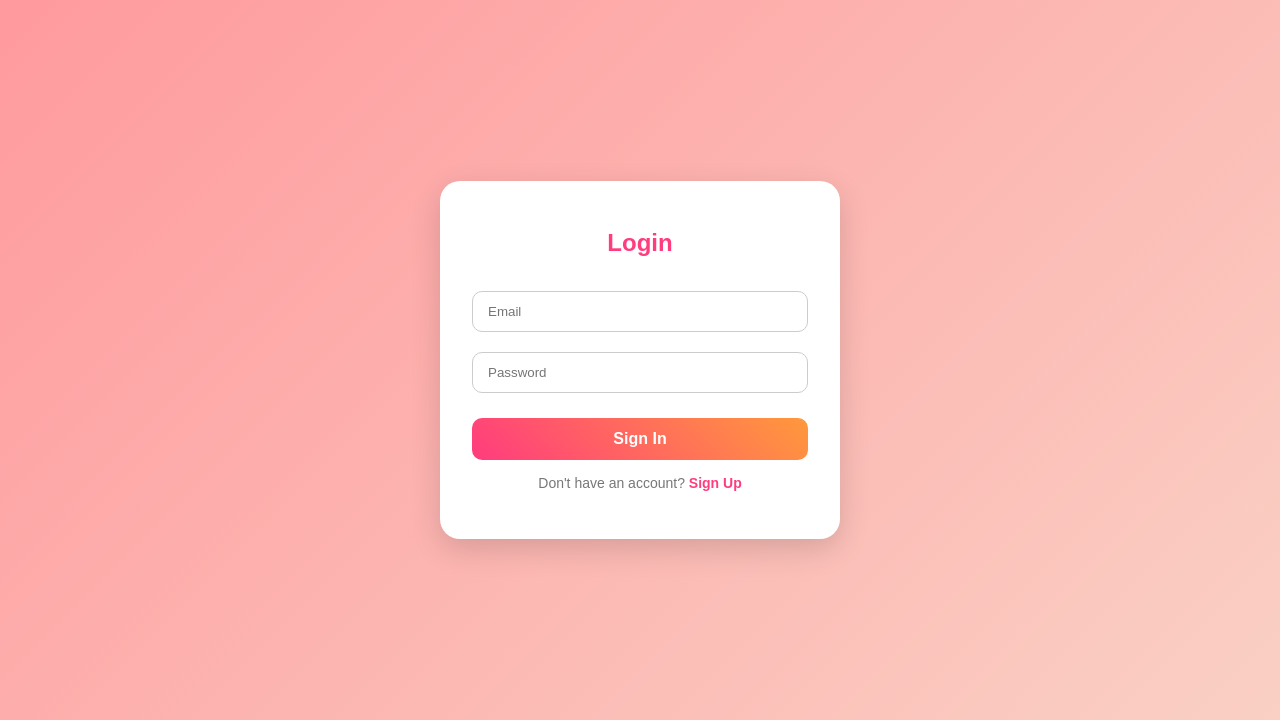
Repository: Shahzaibchohan789/SS-VideoShot
Page: signin.html
An editor plug-in stored every save of this project. The page is shown before and after the next save, followed by the edit.
The browser window is 1280 px wide. The pictures show the whole page.

Above is the page before, as saved 2025-11-18 03:44:31.

### signin.html
<!DOCTYPE html>
<html lang="en">
<head>
  <meta charset="UTF-8"/>
  <meta name="viewport" content="width=device-width, initial-scale=1.0"/>
  <title>Sign In — SS VideoShot</title>
  <link rel="stylesheet" href="styles.css"/>
</head>
<body class="auth-page">
  <div class="auth-card">
    <h2>Login</h2>
    <form id="signinForm">
      <input type="email" id="siEmail" placeholder="Email" required/>
      <input type="password" id="siPass" placeholder="Password" required/>
      <button type="submit" class="btn">Sign In</button>
    </form>
    <p>Don't have an account? <a href="signup.html">Sign Up</a></p>
  </div>
<script src="global.js"></script>
</body>
</html>

### styles.css
/* RESET + BASE */
* {
  margin: 0;
  padding: 0;
  box-sizing: border-box;
  font-family: "Poppins", sans-serif;
}

:root {
  --bg: #f9f9f9;
  --text: #111;
  --card: #fff;
  --muted: #777;
  --accent: #ff3c7e;
  --accent2: #ff993c;
}

body.dark {
  --bg: #121212;
  --text: #eee;
  --card: #1e1e1e;
  --muted: #aaa;
}

body {
  background: var(--bg);
  color: var(--text);
  transition: all 0.3s ease;
}

/* NAVBAR */
.navbar {
  display: flex;
  justify-content: space-between;
  align-items: center;
  padding: 1rem 2rem;
  background: rgba(255,255,255,0.9);
  backdrop-filter: blur(10px);
  box-shadow: 0 4px 15px rgba(0,0,0,0.1);
  position: sticky;
  top: 0;
  z-index: 100;
  border-radius: 0 0 12px 12px;
}
body.dark .navbar {
  background: rgba(30,30,30,0.9);
}

.logo {
  font-weight: 700;
  font-size: 1.6rem;
  color: var(--accent);
}

.links a {
  text-decoration: none;
  margin: 0 0.8rem;
  color: var(--text);
  font-weight: 500;
  transition: 0.3s;
  position: relative;
}
.links a:hover {
  color: var(--accent);
}
.links a.active::after {
  content: "";
  position: absolute;
  bottom: -4px;
  left: 0;
  right: 0;
  height: 2px;
  background: linear-gradient(45deg, var(--accent), var(--accent2));
  border-radius: 2px;
}

.actions button {
  border: none;
  background: none;
  cursor: pointer;
  font-size: 1.3rem;
  transition: 0.3s;
}
.actions button:hover {
  transform: scale(1.2);
}

/* CONTAINER */
.container {
  padding: 2rem 1rem;
  max-width: 1200px;
  margin: auto;
}

/* FEED HEAD */
.feed-head {
  text-align: center;
  margin-bottom: 2rem;
}
.feed-head h2 {
  font-size: 2rem;
  margin-bottom: 0.3rem;
  background: linear-gradient(90deg, #ff3c7e, #ff993c);
  -webkit-background-clip: text;
  -webkit-text-fill-color: transparent;
}
.muted {
  color: var(--muted);
}

/* GRID FEED */
.feed-grid {
  display: grid;
  grid-template-columns: repeat(auto-fit, minmax(300px, 1fr));
  gap: 1.5rem;
}

/* POST CARD */
.card, .post-card {
  background: var(--card);
  border-radius: 16px;
  overflow: hidden;
  box-shadow: 0 8px 20px rgba(0,0,0,0.08);
  transition: transform 0.3s, box-shadow 0.3s, filter 0.3s;
}
.card:hover, .post-card:hover {
  transform: translateY(-5px);
  box-shadow: 0 12px 25px rgba(0,0,0,0.15);
  filter: brightness(1.05);
}

.card img, .card video, .post-card img, .post-card video {
  width: 100%;
  height: 400px;
  object-fit: cover;
  display: block;
  border-bottom: 1px solid rgba(0,0,0,0.1);
  border-radius: 16px 16px 0 0;
}

.post-info {
  padding: 1rem 1.2rem;
}
.post-info h4 {
  font-weight: 600;
}
.post-info p {
  margin-top: 0.4rem;
  color: var(--muted);
}

/* POST ACTIONS */
.actions, .post-actions {
  display: flex;
  justify-content: space-between;
  margin-top: 1rem;
}
.actions button, .post-actions button {
  border: none;
  background: linear-gradient(45deg, var(--accent), var(--accent2));
  color: #fff;
  font-weight: 600;
  cursor: pointer;
  padding: 0.6rem 1.2rem;
  border-radius: 12px;
  transition: all 0.3s;
}
.actions button:hover, .post-actions button:hover {
  transform: scale(1.05);
  opacity: 0.9;
}

/* AUTH PAGE */
.auth-page {
  display: flex;
  justify-content: center;
  align-items: center;
  height: 100vh;
  background: linear-gradient(135deg, #ff9a9e, #fad0c4);
}

.auth-card {
  background: var(--card);
  padding: 3rem 2rem;
  border-radius: 20px;
  box-shadow: 0 10px 30px rgba(0,0,0,0.15);
  width: 100%;
  max-width: 400px;
  text-align: center;
  transition: 0.3s;
}
.auth-card h2 {
  margin-bottom: 1.5rem;
  color: var(--accent);
}
.auth-card input {
  width: 100%;
  padding: 12px 15px;
  margin: 10px 0;
  border-radius: 10px;
  border: 1px solid #ccc;
  outline: none;
  transition: 0.3s;
}
.auth-card input:focus {
  border-color: var(--accent);
  box-shadow: 0 0 8px rgba(255,60,126,0.4);
}
.auth-card button {
  width: 100%;
  padding: 12px;
  margin-top: 15px;
  background: linear-gradient(45deg, var(--accent), var(--accent2));
  border: none;
  color: white;
  font-size: 16px;
  font-weight: bold;
  border-radius: 10px;
  cursor: pointer;
  transition: 0.3s;
}
.auth-card button:hover {
  opacity: 0.9;
  transform: scale(1.02);
}
.auth-card p {
  margin-top: 15px;
  font-size: 14px;
  color: var(--muted);
}
.auth-card a {
  color: var(--accent);
  font-weight: bold;
  text-decoration: none;
}

/* DASHBOARD SPECIFIC */
.dashboard h2 {
  font-size: 2rem;
  color: #ff3c7e;
  text-align: center;
  margin-bottom: 2rem;
  text-shadow: 1px 1px 2px rgba(0,0,0,0.1);
}

/* FOOTER */
.footer {
  text-align: center;
  padding: 2rem 1rem;
  color: #fff;
  background: rgba(0,0,0,0.6);
  backdrop-filter: blur(8px);
  border-top-left-radius: 20px;
  border-top-right-radius: 20px;
  box-shadow: 0 -5px 15px rgba(0,0,0,0.2);
}

.footer .footer-content p {
  margin-bottom: 1rem;
  font-size: 0.95rem;
  font-weight: 500;
  background: linear-gradient(90deg, #ff3c7e, #ff993c);
  -webkit-background-clip: text;
  -webkit-text-fill-color: transparent;
}

.footer .social-links {
  display: flex;
  justify-content: center;
  gap: 1rem;
}

.footer .social-links a {
  font-size: 1.3rem;
  transition: transform 0.3s, color 0.3s;
}

.footer .social-links a:hover {
  transform: scale(1.2);
  color: #ff3c7e;
}

/* RESPONSIVE */
@media (max-width: 768px) {
  .navbar {
    flex-direction: column;
    gap: 0.5rem;
  }
  .feed-grid {
    grid-template-columns: 1fr;
  }
  .card img, .card video {
    height: 300px;
  }
}
/* -----------------------
   FEATURED SLIDER
------------------------ */
.slider {
  display: flex;
  overflow-x: auto;
  gap: 1rem;
  padding: 1rem 0;
  scroll-behavior: smooth;
}

.slide {
  min-width: 320px;
  max-width: 350px;
  flex: 0 0 auto;
  border-radius: 16px;
  overflow: hidden;
  box-shadow: 0 8px 20px rgba(0,0,0,0.15);
  transition: transform 0.3s;
}

.slide img, .slide video {
  width: 100%;
  height: 220px;
  object-fit: cover;
}

.slide:hover {
  transform: scale(1.05);
}

/* -----------------------
   BRANDS / STICKERS
------------------------ */
.brands {
  display: flex;
  overflow-x: auto;
  gap: 1rem;
  padding: 1rem 0;
}

.brand {
  flex: 0 0 auto;
  width: 80px;
  height: 80px;
  border-radius: 50%;
  overflow: hidden;
  box-shadow: 0 6px 15px rgba(0,0,0,0.1);
  transition: transform 0.3s;
  cursor: pointer;
}

.brand img {
  width: 100%;
  height: 100%;
  object-fit: cover;
}

.brand:hover {
  transform: scale(1.1);
}

/* -----------------------
   CATEGORIES
------------------------ */
.categories {
  display: flex;
  flex-wrap: wrap;
  gap: 1rem;
  margin: 1rem 0 3rem 0;
}

.category-card {
  flex: 1 1 150px;
  background: var(--card);
  padding: 1.5rem;
  text-align: center;
  font-weight: 600;
  color: var(--accent);
  border-radius: 12px;
  box-shadow: 0 8px 20px rgba(0,0,0,0.1);
  cursor: pointer;
  transition: transform 0.3s, box-shadow 0.3s;
}

.category-card:hover {
  transform: translateY(-5px);
  box-shadow: 0 12px 25px rgba(0,0,0,0.15);
}

### global.js
// ==========================
// Global Script: global.js
// ==========================

// --------------------------
// AUTH AREA
// --------------------------
const authArea = document.getElementById("authArea");
let user = JSON.parse(localStorage.getItem("currentUser")) || null;

function renderAuth() {
  if (!authArea) return;

  if (user) {
    authArea.innerHTML = `
      <span class="username">👤 ${user.name}</span>
      <button onclick="logout()" class="logout-btn">Logout</button>
    `;
  } else {
    authArea.innerHTML = `<a href="signin.html" class="signin-link">Sign In</a>`;
  }
}

function logout() {
  localStorage.removeItem("currentUser");
  location.href = "signin.html";
}

renderAuth();

// ==========================
// SIGN UP
// ==========================
const signupForm = document.getElementById("signupForm");
if (signupForm) {
  signupForm.addEventListener("submit", (e) => {
    e.preventDefault();
    const name = document.getElementById("suName").value.trim();
    const email = document.getElementById("suEmail").value.trim();
    const pass = document.getElementById("suPass").value.trim();
    if (!name || !email || !pass) return alert("All fields are required!");

    let users = JSON.parse(localStorage.getItem("users") || "[]");
    if (users.find((u) => u.email === email)) return alert("Email already exists!");

    const newUser = { name, email, pass };
    users.push(newUser);

    localStorage.setItem("users", JSON.stringify(users));
    localStorage.setItem("currentUser", JSON.stringify(newUser));

    alert("Signup successful!");
    location.href = "index.html";
  });
}

// ==========================
// SIGN IN
// ==========================
const signinForm = document.getElementById("signinForm");
if (signinForm) {
  signinForm.addEventListener("submit", (e) => {
    e.preventDefault();
    const email = document.getElementById("siEmail").value.trim();
    const pass = document.getElementById("siPass").value.trim();

    let users = JSON.parse(localStorage.getItem("users") || "[]");
    const found = users.find((u) => u.email === email && u.pass === pass);

    if (!found) return alert("Invalid login credentials!");
    localStorage.setItem("currentUser", JSON.stringify(found));

    alert("Welcome back!");
    location.href = "index.html";
  });
}

// ==========================
// UPLOAD POST
// ==========================
const uploadForm = document.getElementById("uploadForm");
if (uploadForm) {
  uploadForm.addEventListener("submit", (e) => {
    e.preventDefault();

    const user = JSON.parse(localStorage.getItem("currentUser"));
    if (!user) return alert("Please login first!");

    const fileInput = document.getElementById("fileInput");
    const file = fileInput.files[0];
    const caption = document.getElementById("caption").value.trim();
    if (!file) return alert("Please select a file!");

    // Detect file type
    let type = file.type.startsWith("image") ? "image"
             : file.type.startsWith("video") ? "video"
             : null;
    if (!type) {
      const ext = file.name.split(".").pop().toLowerCase();
      const imgExts = ["jpg","jpeg","png","gif","webp"];
      const vidExts = ["mp4","mov","webm","ogg"];
      if (imgExts.includes(ext)) type = "image";
      else if (vidExts.includes(ext)) type = "video";
      else return alert("Unsupported file type!");
    }

    const maxSizeMB = 50;
    if (file.size / (1024 * 1024) > maxSizeMB) return alert("File too large! Max 50MB allowed.");

    let posts = JSON.parse(localStorage.getItem("posts") || "[]");

    if (type === "image") {
      const reader = new FileReader();
      reader.onload = function() {
        posts.unshift({
          src: reader.result,
          type,
          caption,
          user: user.name,
          likes: 0,
          likedBy: [],
          time: new Date().toLocaleString(),
        });
        localStorage.setItem("posts", JSON.stringify(posts));
        alert("Image uploaded successfully!");
        fileInput.value = "";
        document.getElementById("caption").value = "";
        renderPosts("gallery");
        renderPosts("userGallery", true);
      };
      reader.readAsDataURL(file);
    } else if (type === "video") {
      const videoURL = URL.createObjectURL(file);
      posts.unshift({
        src: videoURL,
        type,
        caption,
        user: user.name,
        likes: 0,
        likedBy: [],
        time: new Date().toLocaleString(),
      });
      localStorage.setItem("posts", JSON.stringify(posts));
      alert("Video uploaded successfully!");
      fileInput.value = "";
      document.getElementById("caption").value = "";
      renderPosts("gallery");
      renderPosts("userGallery", true);
    }
  });
}

// ==========================
// HELPER: VIDEO MIME TYPE
// ==========================
function getVideoType(url) {
  const ext = url.split('.').pop().toLowerCase();
  if (ext.includes('mp4')) return 'mp4';
  if (ext.includes('webm')) return 'webm';
  if (ext.includes('ogg')) return 'ogg';
  return 'mp4'; // fallback
}

// ==========================
// RENDER POSTS
// ==========================
function renderPosts(targetId, onlyUser = false) {
  const el = document.getElementById(targetId);
  if (!el) return;

  let posts = JSON.parse(localStorage.getItem("posts") || "[]");
  if (onlyUser && user) posts = posts.filter((p) => p.user === user.name);

  if (posts.length === 0) {
    el.innerHTML = "<p class='no-posts'>No posts yet!</p>";
    return;
  }

  el.innerHTML = posts
    .map((p, i) => {
      const alreadyLiked = user && p.likedBy && p.likedBy.includes(user.name);
      return `
      <div class="card">
        ${
          p.type === "image"
            ? `<img src="${p.src}" alt="post" />`
            : `<video controls>
                 <source src="${p.src}" type="video/${getVideoType(p.src)}">
                 Your browser does not support the video tag.
               </video>`
        }
        <div class="post-info">
          <p><b>${p.user}</b> — ${p.caption || ""}</p>
          <small>${p.time}</small>
        </div>
        <div class="actions">
          <button onclick="likePost(${i})" ${alreadyLiked ? "disabled" : ""}>❤️ ${p.likes || 0}</button>
          <button onclick="sharePost(${i})">🔗 Share</button>
        </div>
      </div>
      `;
    }).join('');
}

// ==========================
// LIKE / SHARE
// ==========================
function likePost(i) {
  const currentUser = JSON.parse(localStorage.getItem("currentUser"));
  if (!currentUser) return alert("Please login first!");

  let posts = JSON.parse(localStorage.getItem("posts") || "[]");

  if (!posts[i].likedBy) posts[i].likedBy = [];

  if (posts[i].likedBy.includes(currentUser.name)) {
    return alert("You can only like this post once!");
  }

  posts[i].likedBy.push(currentUser.name);
  posts[i].likes = (posts[i].likes || 0) + 1;

  localStorage.setItem("posts", JSON.stringify(posts));
  renderPosts("gallery");
  renderPosts("userGallery", true);
}

function sharePost(i) {
  const posts = JSON.parse(localStorage.getItem("posts") || "[]");
  navigator.clipboard.writeText(posts[i].src);
  alert("Post link copied!");
}

// ==========================
// DARK MODE TOGGLE
// ==========================
const toggleBtn = document.getElementById("modeToggle");
if (toggleBtn) {
  const darkEnabled = localStorage.getItem("dark") === "true";
  if (darkEnabled) {
    document.body.classList.add("dark");
    toggleBtn.textContent = "☀️";
  }

  toggleBtn.addEventListener("click", () => {
    document.body.classList.toggle("dark");
    const isDark = document.body.classList.contains("dark");
    localStorage.setItem("dark", isDark);
    toggleBtn.textContent = isDark ? "☀️" : "🌙";
  });
}

// ==========================
// INITIAL RENDER
// ==========================
renderPosts("gallery");
renderPosts("userGallery", true);

After the next save:
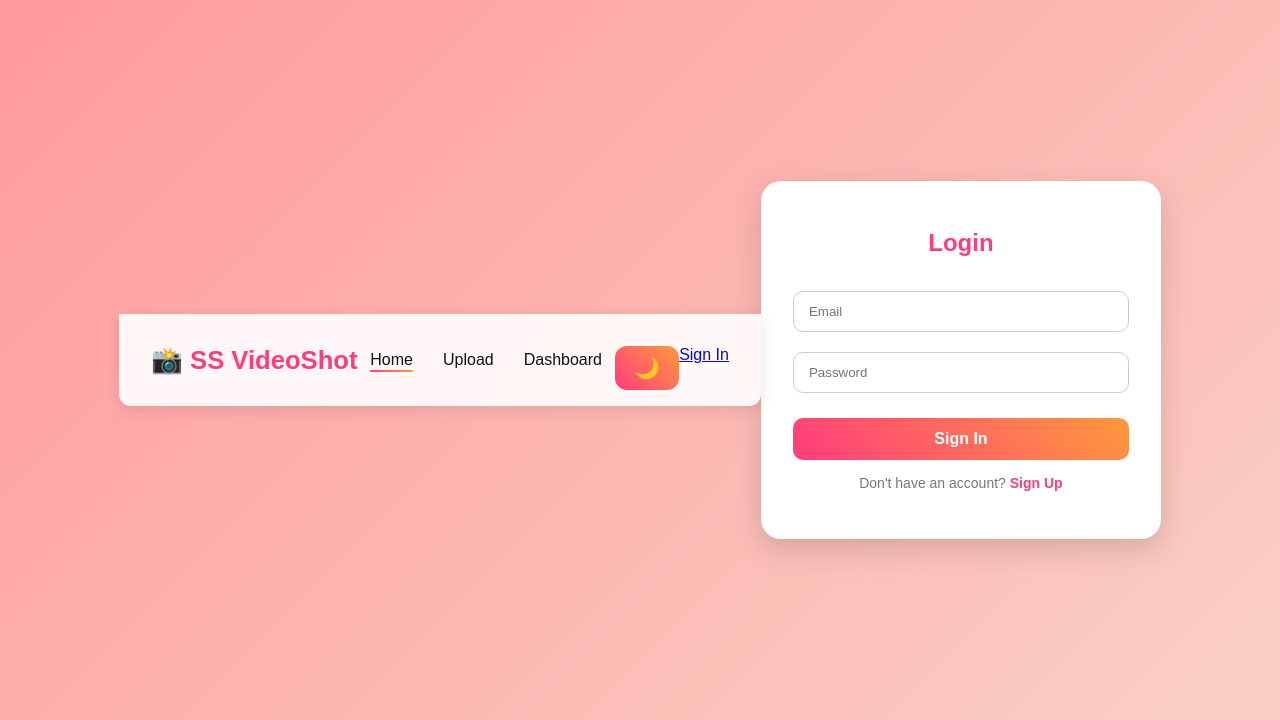
Saved 6 days later.
--- a/signin.html
+++ b/signin.html
@@ -6,6 +6,18 @@
   <title>Sign In — SS VideoShot</title>
   <link rel="stylesheet" href="styles.css"/>
 </head>
+<header class="navbar">
+  <div class="logo">📸 SS VideoShot</div>
+  <nav class="links">
+    <a href="index.html" class="active">Home</a>
+    <a href="upload.html">Upload</a>
+    <a href="dashboard.html">Dashboard</a>
+  </nav>
+  <div class="actions">
+    <button id="modeToggle">🌙</button>
+    <div id="authArea"></div>
+  </div>
+</header>
 <body class="auth-page">
   <div class="auth-card">
     <h2>Login</h2>
